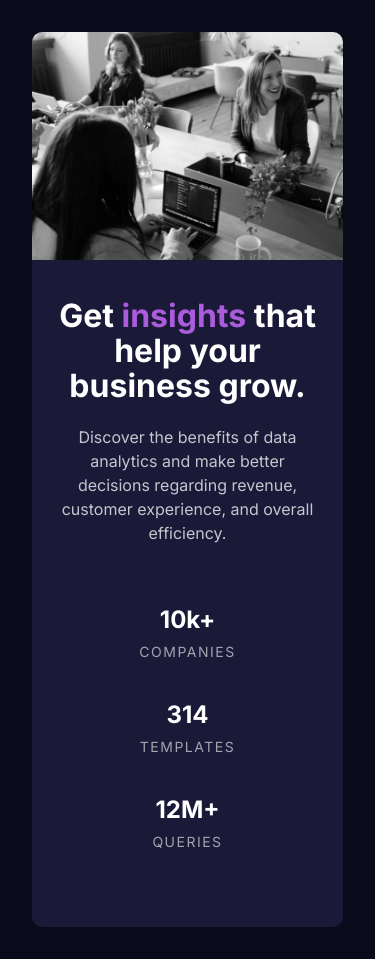
Repository: keisewarsame/stats-preview-frontendmentor
Page: index.html
An editor plug-in stored every save of this project. The page is shown before and after the next save, followed by the edit.
The browser window is 375 px wide. The pictures show the whole page.

Above is the page before, as saved 2022-07-12 14:56:14.

### index.html
<!DOCTYPE html>
<html lang="en">
<head>
  <meta charset="UTF-8">
  <meta name="viewport" content="width=device-width, initial-scale=1.0"> <!-- displays site properly based on user's device -->
  <link rel="icon" type="image/png" sizes="32x32" href="./images/favicon-32x32.png">
  <link rel="stylesheet" href="styles.css">
  <title>Frontend Mentor | Stats preview card component</title>
</head>
<body>
    <div class="container">
        <div class="wrapper">
            <div class="text-component">
                <h1 class="title">Get <span>insights</span> that help your business grow.</h1>
                <p class="subtitle">Discover the benefits of data analytics and make better decisions regarding revenue, customer experience, and overall efficiency.</p>
                <div class="stats-component">
                    <div>
                        <p class="num">10k+</p>
                        <p class="stats-sub">Companies</p>
                    </div>
                    <div>
                        <p class="num">314</p>
                        <p class="stats-sub">Templates</p>
                    </div>
                    <div>
                        <p class="num">12M+</p>
                        <p class="stats-sub">Queries</p>
                    </div>
                </div>
            </div>
            <div class="image-component">

            </div>
            <div class="img-cover"></div>
        </div>
    </div>
</body>
</html>

### styles.css
@import url('https://fonts.googleapis.com/css2?family=Inter:wght@400;700&family=Lexend+Deca&display=swap');

* {
    margin: 0;
    padding: 0;
}

body {
    font-family: 'Inter', sans-serif;
    display: flex;
    align-items: center;
    min-height: 100vh;
    background-color: hsl(233, 47%, 7%);
}

.container {
    margin: 0 auto;
    max-width: 1040px;
}

.wrapper {
    background-color: hsl(244, 38%, 16%);
    display: grid;
    grid-template-columns: 1fr 1fr;
    border-radius: 10px;
    overflow: hidden;
    margin: 2rem;
}

.text-component {
    padding: 13%;
    font-family: 'Inter', sans-serif;
}

.title {
    color: hsl(0, 0%, 100%);
    padding-bottom: 22px;
    font-weight: 700;
}

.title span {
    color: hsl(277, 64%, 61%)
}

.subtitle {
    color: hsla(0, 0%, 100%, 0.75);
    line-height: 1.5;
    font-size: 15px;
}

.stats-component {
    display: flex;
    justify-content: space-between;
    padding-top: 60px;
}

.num {
    color: hsl(0, 0%, 100%);
    font-weight: 700;
    font-size: 24px;
    margin-bottom: 9px
}

.stats-sub {
    text-transform: uppercase;
    color: hsla(0, 0%, 100%, 0.6);
    font-size: 14px;
    letter-spacing: 1.5px;
}



.image-component {
    position: relative;
    background: url(/images/image-header-desktop.jpg) no-repeat;
    height: 100%;
    width: 100%;
}

img {
    height: 100%;
    width: 100%;
}

.image-component::after {
    position: absolute;
    content: '';
    height: 100%;
    width: 100%;
    top: 0;
    right: 0;
    background-color: hsla(277, 64%, 61%, 0.6);;
}

@media screen and (max-width: 425px) {
    body {
        text-align: center;
    }

    .wrapper {
        grid-template-columns: 1fr;
        position: relative;
    }

    .image-component {
        position: relative;
        /* background: url(/images/image-header-mobile.jpg); */
        height: 100%;
        width: 100%;
        order: -1;
        content: url(/images/image-header-mobile.jpg);

    }

    .img-cover {
        position: absolute;
        width: 100%;
        height: 100px
        top: 0;
        border
        background-color: red;
        z-index: 1;
    }

    .stats-component {
        flex-direction: column;
    }

    .text-component {
        padding: 12% 8%;
    }

    .title {
        line-height: 1.1;
    }

    .stats-component div {
        margin-bottom: 40px;
    }

    .subtitle {
        font-size: 16px;
        font-family: ;
    }
}

After the next save:
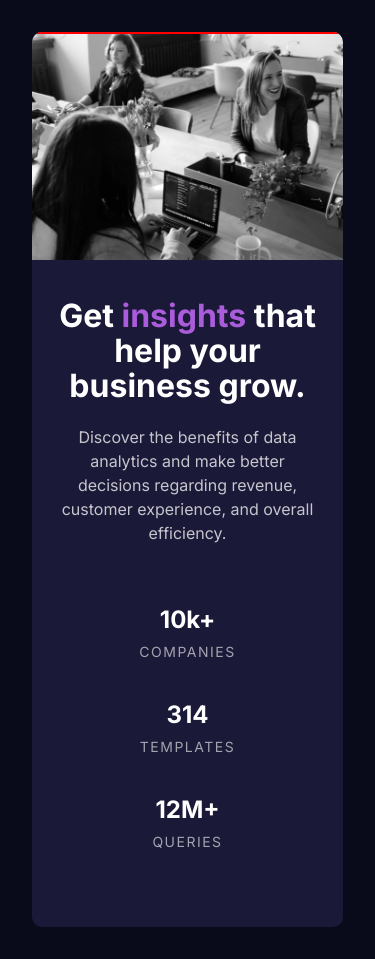
Saved 4 s later.
--- a/styles.css
+++ b/styles.css
@@ -117,7 +117,7 @@ img {
         width: 100%;
         height: 100px
         top: 0;
-        border
+        border: 1px solid red;
         background-color: red;
         z-index: 1;
     }
